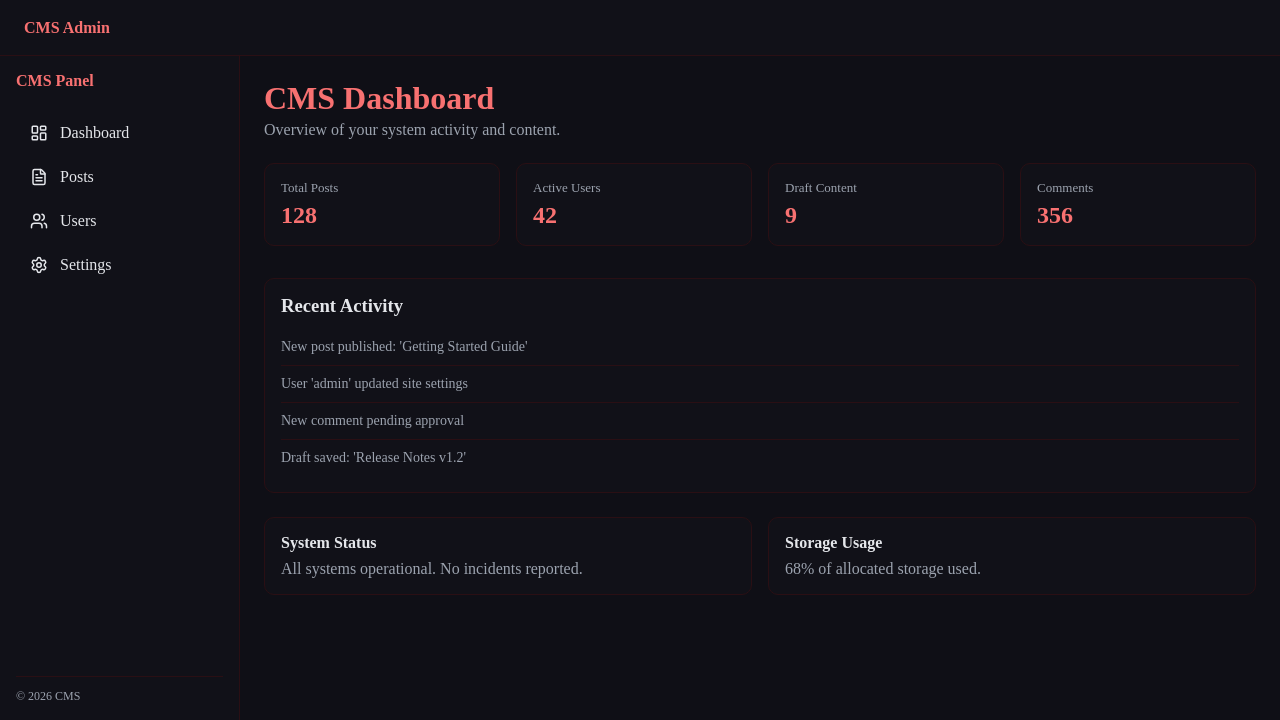
Repository: rajendratamang/react-dashboard
Page: /
The author's editor kept a copy of each file at every save. The page is drawn from the files as they stood at one save, then again after the next save.
The browser window is 1280 px wide. The pictures show the whole page.
The project was rebuilt for these pictures with package versions that can differ from the ones it lists, and the page was loaded fresh each time. Also part of the build but not shown: vite.config.ts.

Above is the page before, as saved 2026-01-16 20:27:57.

After the next save:
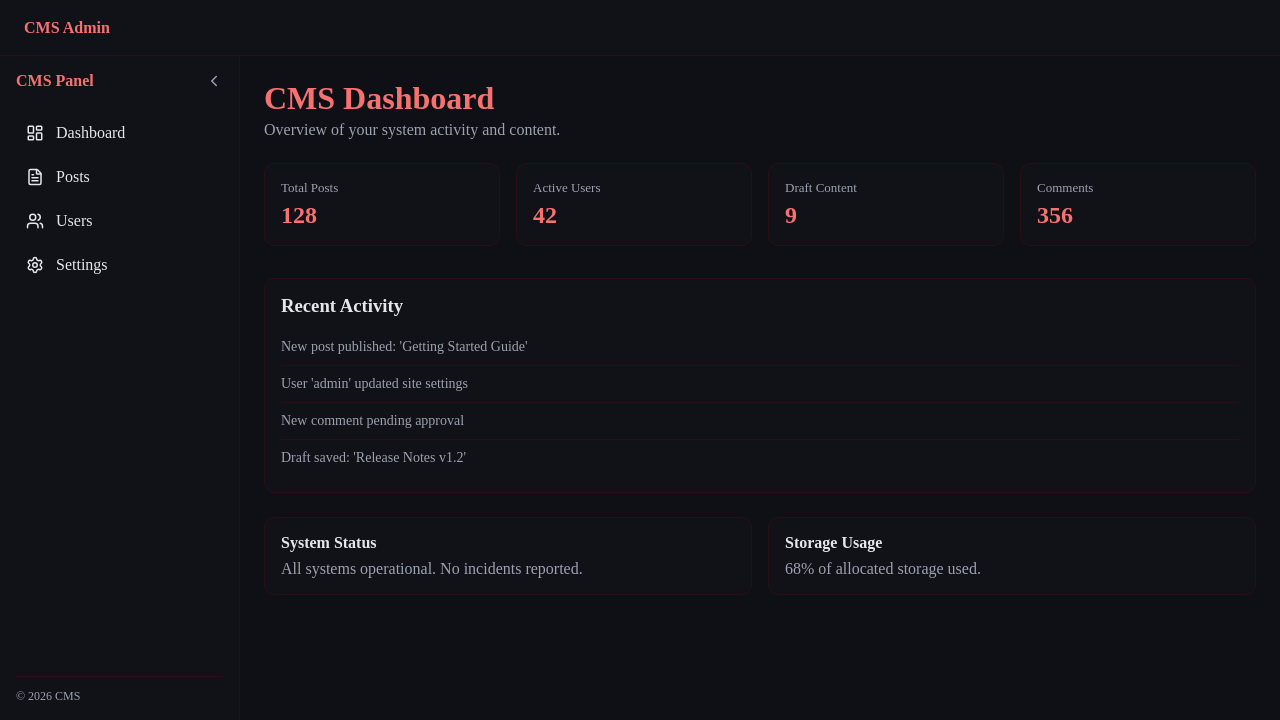
Saved 3 min 38 s later.
--- a/src/components/Sidebar.tsx
+++ b/src/components/Sidebar.tsx
@@ -1,8 +1,11 @@
+import { useState } from "react";
 import {
   LayoutDashboard,
   FileText,
   Users,
-  Settings
+  Settings,
+  ChevronLeft,
+  ChevronRight
 } from "lucide-react";
 
 type MenuItem = {
@@ -18,27 +21,54 @@ const menuItems: MenuItem[] = [
 ];
 
 export default function Sidebar() {
+  const [collapsed, setCollapsed] = useState(false);
+
   return (
     <aside
       style={{
-        width: "240px",
+        width: collapsed ? "72px" : "240px",
         backgroundColor: "#111118",
         borderRight: "1px solid #2a0f14",
         padding: "16px",
         display: "flex",
-        flexDirection: "column"
+        flexDirection: "column",
+        transition: "width 0.25s ease"
       }}
     >
-      {/* Brand */}
+      {/* Brand + Toggle */}
       <div
         style={{
-          fontSize: "16px",
-          fontWeight: 700,
-          color: "#f87171",
+          display: "flex",
+          alignItems: "center",
+          justifyContent: collapsed ? "center" : "space-between",
           marginBottom: "24px"
         }}
       >
-        CMS Panel
+        {!collapsed && (
+          <span
+            style={{
+              fontSize: "16px",
+              fontWeight: 700,
+              color: "#f87171"
+            }}
+          >
+            CMS Panel
+          </span>
+        )}
+
+        <button
+          onClick={() => setCollapsed(!collapsed)}
+          style={{
+            background: "none",
+            border: "none",
+            color: "#9ca3af",
+            cursor: "pointer",
+            display: "flex",
+            alignItems: "center"
+          }}
+        >
+          {collapsed ? <ChevronRight size={18} /> : <ChevronLeft size={18} />}
+        </button>
       </div>
 
       {/* Menu */}
@@ -52,13 +82,14 @@ export default function Sidebar() {
               style={{
                 display: "flex",
                 alignItems: "center",
-                gap: "12px",
-                padding: "10px 14px",
+                gap: collapsed ? "0" : "12px",
+                justifyContent: collapsed ? "center" : "flex-start",
+                padding: "10px",
                 borderRadius: "8px",
                 cursor: "pointer",
                 marginBottom: "6px",
                 color: "#e5e7eb",
-                transition: "all 0.2s ease"
+                transition: "background 0.2s ease, color 0.2s ease"
               }}
               onMouseEnter={(e) => {
                 e.currentTarget.style.backgroundColor = "#1a0f14";
@@ -70,23 +101,25 @@ export default function Sidebar() {
               }}
             >
               <Icon size={18} />
-              <span>{item.label}</span>
+              {!collapsed && <span>{item.label}</span>}
             </div>
           );
         })}
       </nav>
 
       {/* Footer */}
-      <div
-        style={{
-          fontSize: "12px",
-          color: "#9ca3af",
-          paddingTop: "12px",
-          borderTop: "1px solid #2a0f14"
-        }}
-      >
-        © 2026 CMS
-      </div>
+      {!collapsed && (
+        <div
+          style={{
+            fontSize: "12px",
+            color: "#9ca3af",
+            paddingTop: "12px",
+            borderTop: "1px solid #2a0f14"
+          }}
+        >
+          © 2026 CMS
+        </div>
+      )}
     </aside>
   );
 }
